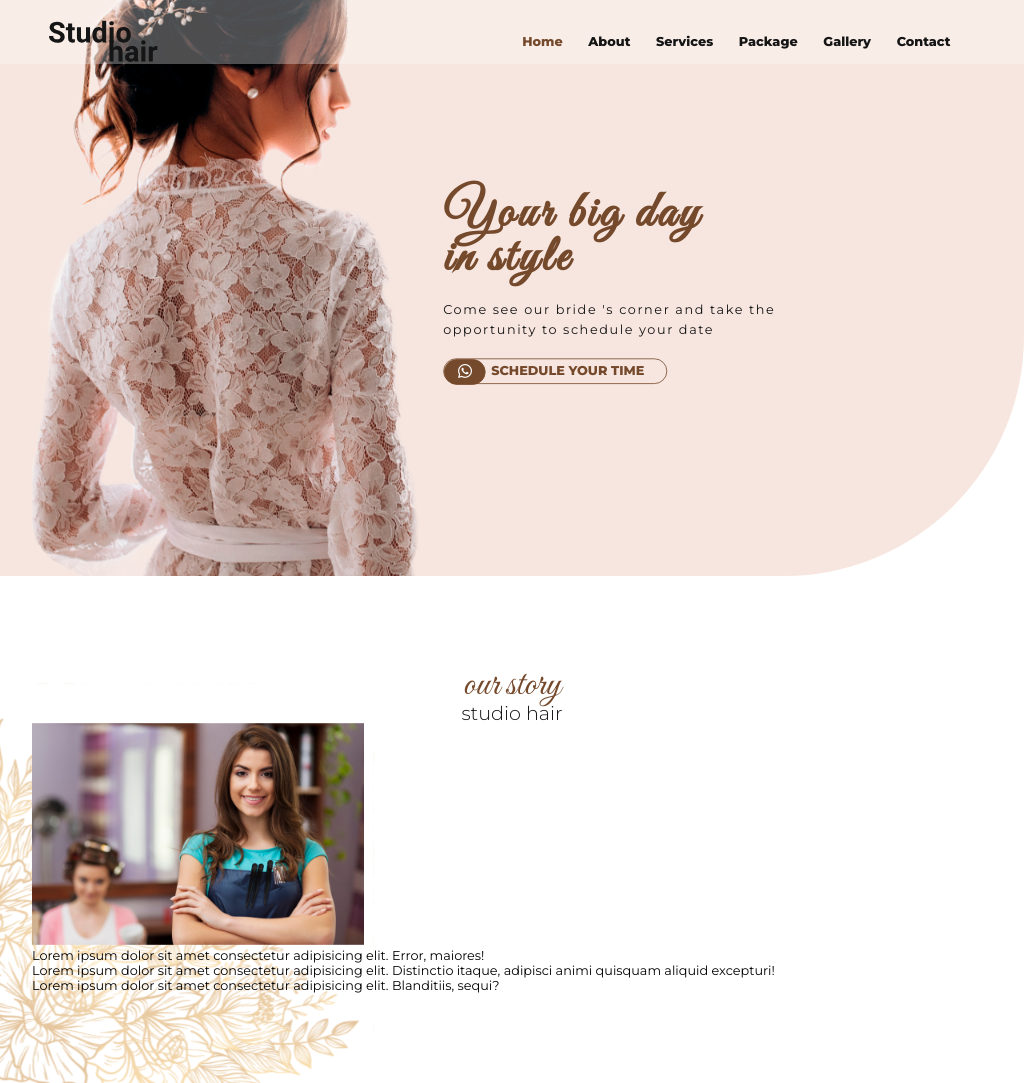
Repository: TuanHuflit2k1/clone-web01
Page: index.html
The author's editor kept a copy of each file at every save. The page is drawn from the files as they stood at one save, then again after the next save.
The browser window is 1280 px wide. The pictures show the whole page, at 80% of full size.
Some web libraries are served in a nearby version.

Above is the page before, as saved 2022-04-28 11:13:26.

### index.html
<!DOCTYPE html>
<html lang="en">
  <head>
    <meta charset="UTF-8" />
    <meta http-equiv="X-UA-Compatible" content="IE=edge" />
    <meta name="viewport" content="width=device-width, initial-scale=1.0" />
    <title>Beauty Salon</title>
    <!-- css file -->
    <link rel="stylesheet" href="./style.css" />
    <!-- font awesomw CDN -->
    <link
      rel="stylesheet"
      href="https://cdnjs.cloudflare.com/ajax/libs/font-awesome/6.1.1/css/all.min.css"
      integrity="sha512-KfkfwYDsLkIlwQp6LFnl8zNdLGxu9YAA1QvwINks4PhcElQSvqcyVLLD9aMhXd13uQjoXtEKNosOWaZqXgel0g=="
      crossorigin="anonymous"
      referrerpolicy="no-referrer"
    />
  </head>
  <body>
    <!-- header -->
    <header class="header" id="header">
      <div class="navbar">
        <div class="logo">
          <img src="./img/logo.svg" alt="Logo" />
        </div>
        <nav class="nav-menu" id="nav-menu">
          <ul class="nav-list">
            <li><a href="#" class="nav-link active">home</a></li>
            <li><a href="#about" class="nav-link">about</a></li>
            <li><a href="#services" class="nav-link">services</a></li>
            <li><a href="#package" class="nav-link">package</a></li>
            <li><a href="#gallery" class="nav-link">gallery</a></li>
            <li><a href="#contact" class="nav-link">contact</a></li>
          </ul>
        </nav>
        <div class="nav-toggle" id="nav-toggle">
          <i class="fas fa-bars"></i>
        </div>
      </div>
    </header>
    <!-- end header -->
    <!-- start home section -->
    <section class="home">
      <div class="container">
        <div class="home-img">
          <img src="./img/home-img.png" />
        </div>
        <div class="home-content">
          <h1>Your big day<br /><span>in style</span></h1>
          <p>
            Come see our bride 's corner and take the opportunity to schedule
            your date
          </p>
          <a href="#" class="btn btn-outline">
            <i class="fab fa-whatsapp"></i>
            Schedule your time
          </a>
        </div>
      </div>
    </section>
    <!-- end section home -->
    <!-- start section about -->
    <section class="about" id="about">
      <div class="container">
        <div class="section-title">
          <h1>our story</h1>
          <span>studio hair</span>
        </div>
        <div class="about-detail">
          <div class="about-detal-content">
            <div class="about-img">
              <img src="./img/about-img.jpg" />
            </div>
            <div class="about-description">
              <p>
                Lorem ipsum dolor sit amet consectetur adipisicing elit. Error,
                maiores!
              </p>
              <p>
                Lorem ipsum dolor sit amet consectetur adipisicing elit.
                Distinctio itaque, adipisci animi quisquam aliquid excepturi!
              </p>
              <p>
                Lorem ipsum dolor sit amet consectetur adipisicing elit.
                Blanditiis, sequi?
              </p>
            </div>
          </div>
        </div>
      </div>
    </section>
    <!-- link js -->
    <script src="./main.js"></script>
  </body>
</html>

### style.css
/* font */
@import url("https://fonts.googleapis.com/css2?family=Great+Vibes&family=Montserrat:wght@300;400;600;800&display=swap");
:root {
  --header-height: 5rem;
  --main-color: #f7e6df;
  --first-color: #75492b;
  --secon-color: #dfd6a7;
  --white-color: #fff;
  --black-color: #151515;

  --font-cursive: "Great Vibes", cursive;
  --font-body: "Montserrat", sans-serif;

  --big-font-size: 3rem;
  --h1-font-size: 2.25rem;
  --h2-font-size: 1.5rem;
  --h3-font-size: 1.25rem;
  --normal-font-size: 1rem;
  --small-font-size: 0.813rem;
}
* {
  box-sizing: border-box;
  margin: 0;
  padding: 0;
  text-decoration: none;
  list-style: none;
  outline: none;
  border: none;
}
html {
  scroll-behavior: smooth;
}
body {
  background-color: var(--white-color);
  font-size: var(--normal-font-size);
  font-family: var(--font-body);
  overflow-x: hidden;
}
/* button */
.btn {
  width: 240px;
  display: flex;
  align-items: center;
  justify-content: center;
  text-align: center;
  background-color: var(--first-color);
  color: var(--white-color);
  border: 1px solid var(--first-color);
  border-radius: 50px;
  font-size: var(--normal-font-size);
  font-weight: bold;
  text-transform: uppercase;
  line-height: 1rem;
  padding: 10px 20px;
  cursor: pointer;
  transition: all 0.4s ease;
}
.btn:hover {
  background-color: transparent;
  color: var(--first-color);
}
.btn-outline {
  width: 280px;
  background-color: transparent;
  color: var(--first-color);
  padding: 5px 10px 5px 0;
  transition: all 0.4s ease;
  position: relative;
}
.btn-outline::before {
  content: "";
  position: absolute;
  top: 0;
  left: 0;
  width: 18%;
  height: 100%;
  background-color: var(--first-color);
  border: 1px solid var(--first-color);
  border-radius: 50px;
  transition: all 0.4s ease-in-out;
}
.btn-outline i {
  margin-right: 1.5rem;
  font-size: var(--h3-font-size);
  color: var(--white-color);
  z-index: 10;
}
.btn-outline:hover::before {
  width: 100%;
  z-index: -1;
}
.btn-outline:hover {
  color: var(--white-color);
  z-index: 10;
}
/* end button */
.header {
  position: fixed;
  top: 0;
  left: 0;
  right: 0;
  height: var(--header-height);
  background-color: rgba(255, 255, 255, 0.3);
  z-index: 10000;
  transition: all 0.4s ease;
}
.scroll-header {
  background-color: var(--white-color);
  box-shadow: 0 4px 6px rgba(0, 0, 0, 0.1);
}
.navbar {
  width: 100%;
  max-width: 1200px;
  margin: 0 auto;
  display: flex;
  justify-content: space-between;
  align-items: center;
  padding: 20px;
}
.nav-menu .nav-list {
  display: flex;
}
.nav-menu li {
  margin-right: 2rem;
}
.nav-link {
  font-size: var(--normal-font-size);
  color: var(--black-color);
  font-weight: bold;
  text-transform: capitalize;
  position: relative;
  transition: all 0.4s ease;
}
.nav-link::before {
  content: "";
  position: absolute;
  width: 0;
  left: 0;
  bottom: 0;
  height: 2px;
  background-color: var(--first-color);
  transition: all 0.4s ease-in-out;
}
.nav-link:hover::before {
  width: 100%;
}
.nav-link:hover,
.nav-link.active {
  color: var(--first-color);
}
.nav-toggle {
  font-size: var(--h1-font-size);
  padding: 5px 5px 0;
  border: 2px solid transparent;
  cursor: pointer;
  z-index: 100;
  display: none;
}
.nav-toggle:hover {
  color: var(--first-color);
  border: 2px solid var(--first-color);
}
/* Start Home Section */
.home {
  width: 100%;
  height: 100vh;
  background-color: var(--main-color);
  border-radius: 0 0 300px 0;
}
.home .container {
  max-width: 1200px;
  margin: 0 auto;
  display: flex;
  flex-wrap: wrap;
}
.home .home-img img {
  max-width: 100%;
  height: 100%;
}
.home .home-content {
  width: 40%;
  height: 100vh;
  display: flex;
  flex-direction: column;
  align-items: flex-start;
  justify-content: center;
}
.home-content h1 {
  font-family: var(--font-cursive);
  font-size: 4rem;
  line-height: 3.5rem;
  letter-spacing: 4px;
  color: var(--first-color);
  margin-bottom: 1.5rem;
}
.home-content p {
  font-weight: 400;
  line-height: 1.5rem;
  letter-spacing: 2px;
  color: var(--black-color);
  margin-bottom: 1.5rem;
}

/* End Home Section */
/* start about section */
.about {
  width: 100%;
  padding: 7rem 0;
  background-image: url(./img/arabesque-left-bottom.svg);
  background-repeat: no-repeat;
  background-position: bottom left;
  z-index: -1;
}
.about .container {
  max-width: 1200px;
  margin: 0 auto;
  display: flex;
  flex-wrap: wrap;
}
.section-title {
  text-align: center;
  margin: 0 auto;
}
.section-title h1 {
  font-family: var(--font-cursive);
  font-size: var(--big-font-size);
  font-weight: 400;
  line-height: 3rem;
  color: var(--first-color);
}
.section-title span {
  font-weight: 300;
  font-size: var(--h2-font-size);
  line-height: 1.5rem;
  color: var(--black-color);
}
.about-detail {
  width: 100%;
  pad: 2rem;
}
@media (max-width: 920px) {
  .nav-menu {
    position: absolute;
    top: 0;
    right: 0;
    width: 0;
    height: 100vh;
    background-color: var(--main-color);
    font-size: var(--h2-font-size);
    text-align: center;
    text-transform: capitalize;
    padding-top: var(--header-height);
    box-shadow: 0 0 5px rgba(0, 0, 0, 0.4);
    transition: all 0.4s ease-in-out;
  }
  .show-nav {
    width: 60%;
  }
  .nav-menu .nav-list {
    display: block;
  }
  .nav-menu li {
    padding: 15px 0;
  }
  .nav-link {
    font-size: var(--h3-font-size);
  }
  .nav-toggle {
    display: block;
  }
  .home .home-img img {
    display: none;
  }
  .home .home-content {
    width: 100%;
    height: 100vh;
    display: flex;
    justify-content: center;
    align-items: center;
  }
  .home-content h1 {
    font-size: var(--big-font-size);
  }
  .home-content p {
    padding: 0 2rem;
  }
}

### main.js
//Show Navbar
const nav = document.querySelector(".nav-menu");
const toggle = document.querySelector(".nav-toggle");
toggle.onclick = () => {
  nav.classList.toggle("show-nav");
};
//Remove bar
const navLink = document.querySelectorAll(".nav-link");
function linkAction() {
  nav.classList.remove("show-nav");
}
navLink.forEach((n) => n.addEventListener("click", linkAction));
//change active color
function colorLink() {
  if (navLink) {
    navLink.forEach((n) => n.classList.remove("active"));
    this.classList.add("active");
  }
}
navLink.forEach((l) => l.addEventListener("click", colorLink));

After the next save:
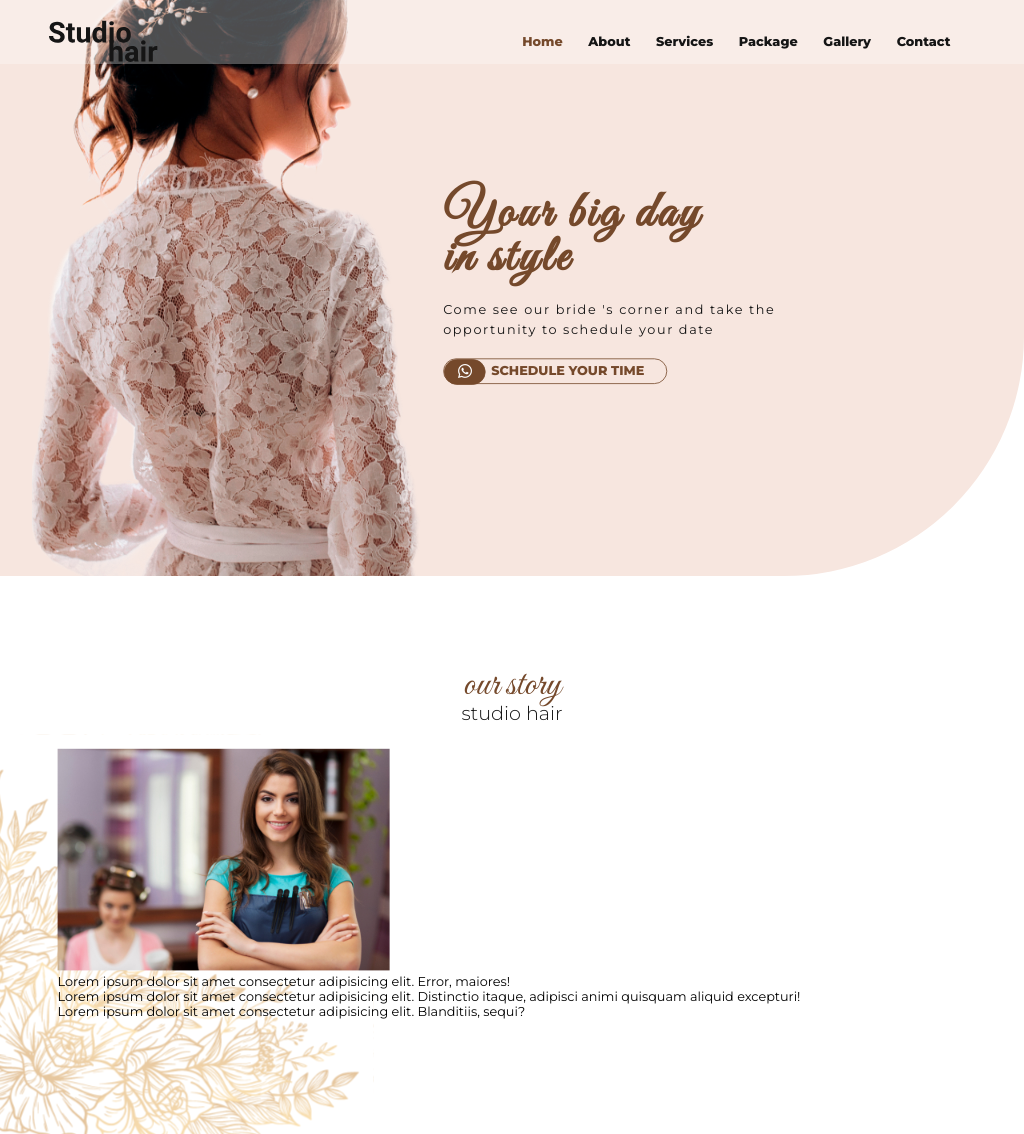
Saved 5 s later.
--- a/style.css
+++ b/style.css
@@ -236,7 +236,7 @@ body {
 }
 .about-detail {
   width: 100%;
-  pad: 2rem;
+  padding: 2rem;
 }
 @media (max-width: 920px) {
   .nav-menu {
